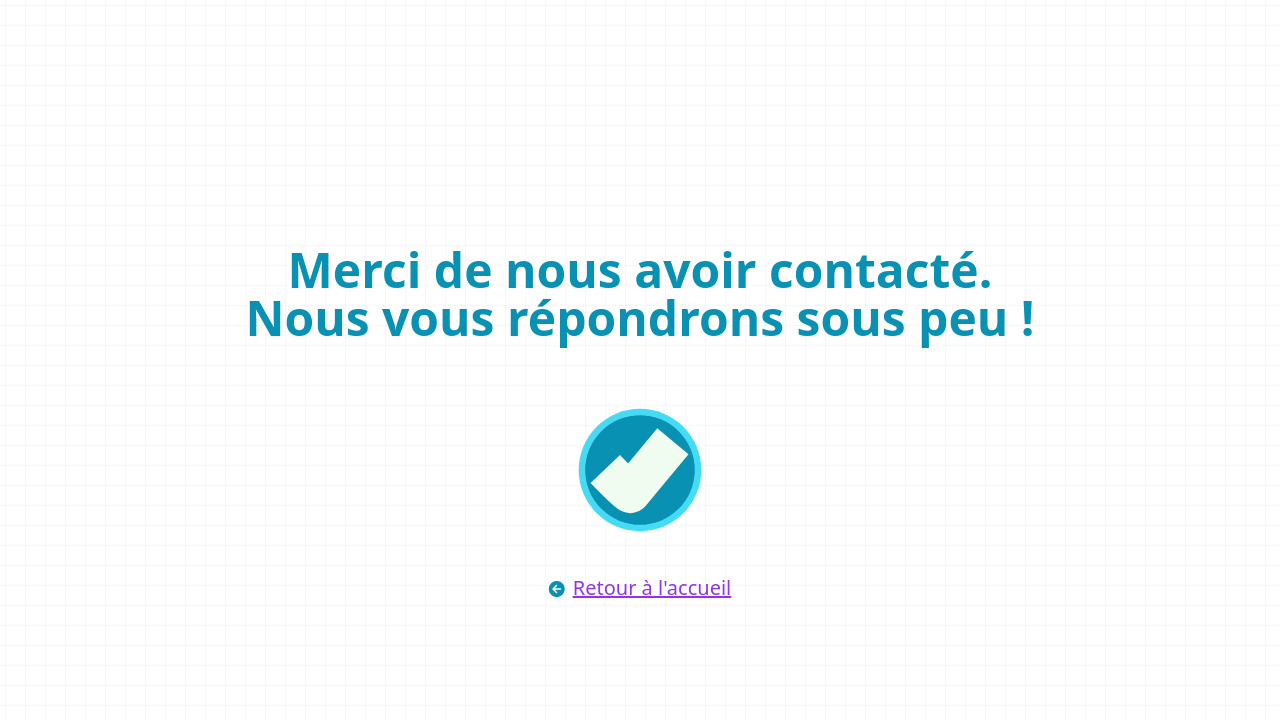
Repository: CarmenFerlatte/TP3__FerlatteCarmen
Page: confirmation.html
The author's editor kept a copy of each file at every save. The page is drawn from the files as they stood at one save, then again after the next save.
The browser window is 1280 px wide. The pictures show the whole page.
Some web libraries are served in a nearby version. The style sheet was rebuilt from its Sass, Less or Tailwind sources for each picture, by a compiler version that may differ from the author's.

Above is the page before, as saved 2024-08-29 13:40:23.

### confirmation.html
<!DOCTYPE html>
<html lang="en">
<head>
    <meta charset="UTF-8">
    <meta name="viewport" content="width=device-width, initial-scale=1.0">
    <title>Confirmation</title>
    <script src="https://cdn.tailwindcss.com"></script>
    <link href="https://cdn.jsdelivr.net/npm/tailwindcss@2.2.19/dist/tailwind.min.css" rel="stylesheet">
    <link rel="stylesheet" href="https://cdnjs.cloudflare.com/ajax/libs/font-awesome/6.4.0/css/all.min.css">
    <link rel="stylesheet" href="style/css/style.css">
    <link rel="manifest" href="manifest.json">
    <link rel="icon" href="favicon.ico" type="image/x-icon">
    <meta name="description" content="Carmen Ferlatte, web designer et étudiante en développement web front-end. Présentation de mon portefolio et services de Webmestre.">
    <meta name="apple-mobile-web-app-capable" content="yes" >
    <meta name="apple-mobile-web-app-status-bar-style" content="black" >
    <meta name="apple-mobile-web-app-title" content="Portefolio" >
    <meta name="theme-color" content="black">
    <link rel="apple-touch-icon" href="img/icons/icon-192x192.png">
    <script src="https://code.jquery.com/jquery-3.6.0.min.js"></script>
</head>
<body>
    <main>
        <section class="flex max-w-screen-2x h-screen items-center justify-center cyber-grid">
            <div class="container">
                <div class="col-12 text-center">
                    <h1 class="text-center text-3xl lg:text-4xl xl:text-5xl font-bold pt-32 pb-4 md:pb-16 text-cyan-600">Merci de nous avoir contacté.<br> Nous vous répondrons sous peu !</h1>
                    <div class="flex justify-center">
                        <img class="w-32 mb-10" src="img/icons/confirmation.svg" alt="Illustration de confirmation">
                    </div>
                    <i class="fa fa-arrow-circle-left pr-2 style-cyan" aria-hidden="true"></i><a class="cursor-pointer text-xl text-purple-600 underline hover:no-underline hover:text-pink-500" href="index.html" title="Retour à la page d'accueil">Retour à l'accueil</a>
                </div>
            </div>
    </main>
</body>
</html>

### style/sass/style.scss
@use "navbar" as *;
@use "caroussel" as *;
@use "animate" as *;
@use "option" as *;
@use "calendrier" as *;
@use "base" as *;

### style/sass/_navbar.scss
@keyframes neon-pulse {
    0%, 100% {
        text-shadow: 0 0 5px #fff, 0 0 10px #fff, 0 0 15px #fff, 0 0 20px #0891b2, 0 0 35px #0891b2, 0 0 40px #0891b2, 0 0 50px #0891b2, 0 0 75px #0891b2;
    }
    50% {
        text-shadow: 0 0 2px #fff, 0 0 5px #fff, 0 0 7px #fff, 0 0 10px #0891b2, 0 0 17px #0891b2, 0 0 20px #0891b2, 0 0 25px #0891b2, 0 0 37px #0891b2;
    }
}

.neon-text {
    animation: neon-pulse 1.5s infinite alternate;
}

.bg-animated {
    background: linear-gradient(-45deg, #000000, #1a1a1a, #000033, #003366);
    background-size: 400% 400%;
    animation: gradient 15s ease infinite;
}

@keyframes gradient {
    0% { background-position: 0% 50%; }
    50% { background-position: 100% 50%; }
    100% { background-position: 0% 50%; }
}

.cyber-grid {
    background-image:
        linear-gradient(rgba(0, 255, 255, 0.1) 1px, transparent 1px),
        linear-gradient(90deg, rgba(0, 255, 255, 0.1) 1px, transparent 1px);
    background-size: 20px 20px;
    animation: cyber-grid-move 20s linear infinite;
}

@keyframes cyber-grid-move {
    0% { background-position: 0 0; }
    100% { background-position: 20px 20px; }
}



.nav-link {
    position: relative;
    overflow: hidden;

        &::before {
            content: '';
            position: absolute;
            bottom: 0;
            left: 0;
            width: 100%;
            height: 2px;
            background-color: #0891b2;
            transform: translateX(-100%);
            transition: transform 0.3s ease;
        }

       &:hover::before {
            transform: translateX(0);
        }

        &::after {
            content: attr(data-text);
            position: absolute;
            top: 0;
            left: 0;
            width: 100%;
            height: 100%;
            display: flex;
            align-items: center;
            justify-content: center;
            transform: translateY(100%);
            background: linear-gradient(to bottom, #0891b2, rgb(103, 232, 249));
            -webkit-background-clip: text;
            background-clip: text;
            -webkit-text-fill-color: transparent;
            transition: transform 0.3s ease;
        }

        &:hover::after {
            transform: translateY(0);
        }
}


.glitch-effect {
    position: relative;

    &::before,
    &::after {
        content: attr(data-text);
        position: absolute;
        top: 0;
        left: 0;
        width: 100%;
        height: 100%;
        opacity: 0.8;
    }

    &::before {
        left: 2px;
        text-shadow: -2px 0 rgb(236, 72, 153);
        clip: rect(24px, 550px, 90px, 0);
        animation: glitch-anim 3s infinite linear alternate-reverse;
    }

    &::after {
        left: -2px;
        text-shadow: -2px 0 #0891b2;
        clip: rect(85px, 550px, 140px, 0);
        animation: glitch-anim 2s infinite linear alternate-reverse;
    }

}



@keyframes glitch-anim {
    0% { clip: rect(39px, 9999px, 71px, 0); }
    20% { clip: rect(3px, 9999px, 5px, 0); }
    40% { clip: rect(6px, 9999px, 38px, 0); }
    60% { clip: rect(13px, 9999px, 43px, 0); }
    80% { clip: rect(44px, 9999px, 93px, 0); }
    100% { clip: rect(54px, 9999px, 47px, 0); }
}

#menu-toggle {
    &:checked {
        ~ .menu {
            display: block;
        }

        ~ .menu-icon {
            .hamburger {
                transform: rotate(45deg);

                &::before {
                    transform: translateY(8px) rotate(90deg);
                }

                &::after {
                    transform: translateY(-8px) rotate(90deg);
                }
            }
        }
    }
}

.hamburger,
.hamburger::before,
.hamburger::after {
    content: '';
    display: block;
    background: #0891b2;
    height: 3px;
    width: 30px;
    transition: transform 0.5s cubic-bezier(0.23, 1, 0.32, 1);
}

.hamburger {
    &::before {
        transform: translateY(-8px);
    }

    &::after {
        transform: translateY(8px);
    }
}

@media (max-width: 768px) {
    .menu {
        position: fixed;
        top: 60px;
        left: 0;
        right: 0;
        width: 100%;
        height: 0;
        background: rgba(0, 0, 0, 0.9);
        overflow: hidden;
        transition: height 0.5s cubic-bezier(0.23, 1, 0.32, 1);
        text-align: right;
        padding-right: 20px;
        padding-top: 20px;

        a {
            display: block;
            font-size: 1.2rem;
            padding: 10px 0;
            text-decoration: underline 2px #0891b2;

            &:hover {
                color: #0891b2;
                text-decoration: none;
                cursor: pointer;
            }
        }
    }

    #menu-toggle:checked ~ .menu {
        height: calc(100vh - 60px);
    }
}

@media (max-width: 640px) {
    .no-glitch {
        animation: none !important;
    }
}

/*-------------Invisible Navbar-------------*/

.navbar-hidden {
    transform: translateY(-100%);
    transition: transform 0.3s ease-in-out;
}

### style/sass/_caroussel.scss
.carousel-control {
    position: absolute;
    top: 0;
    z-index: 30;
    display: flex;
    align-items: center;
    justify-content: center;
    height: 100%;
    padding: 0 1rem;
    cursor: pointer;
    outline: none;

    &-prev {
    left: 0;
    }

    &-next {
    right: 0;
    }

    span {
    display: inline-flex;
    align-items: center;
    justify-content: center;
    width: 2.5rem;
    height: 2.5rem;
    border-radius: 50%;
    background-color: rgba(0, 0, 0, 0.3);
    transition: background-color 0.3s;

        &:hover {
        background-color: rgba(0, 0, 0, 0.5);
        }

        svg {
        width: 1rem;
        height: 1rem;
        color: white;
        }

        .sr-only {
        position: absolute;
        width: 1px;
        height: 1px;
        padding: 0;
        margin: -1px;
        overflow: hidden;
        clip: rect(0, 0, 0, 0);
        border: 0;
        }

    }
}

### style/sass/_animate.scss
@keyframes slide-in-right {
  0% {
    transform: translateX(100%);
    opacity: 0;
  }
  100% {
    transform: translateX(0);
    opacity: 1;
  }
}

.animate-slide-in-right {
  animation: slide-in-right 0.5s ease-out forwards;
}

### style/sass/_option.scss
/*---------- Menu sélectionné ----------*/

.custom-select option:hover {
    background-color: #0891b2;
}

### style/sass/_calendrier.scss

.calendar-iframe {
  border: 0;
  width: 100%;
  height: 650px;

}

### style/sass/_base.scss
/*------------Style-------------*/

.style-cyan {
  color: #0891b2;

  &:hover {
    color: rgb(236, 72, 153);
  }
}

After the next save:
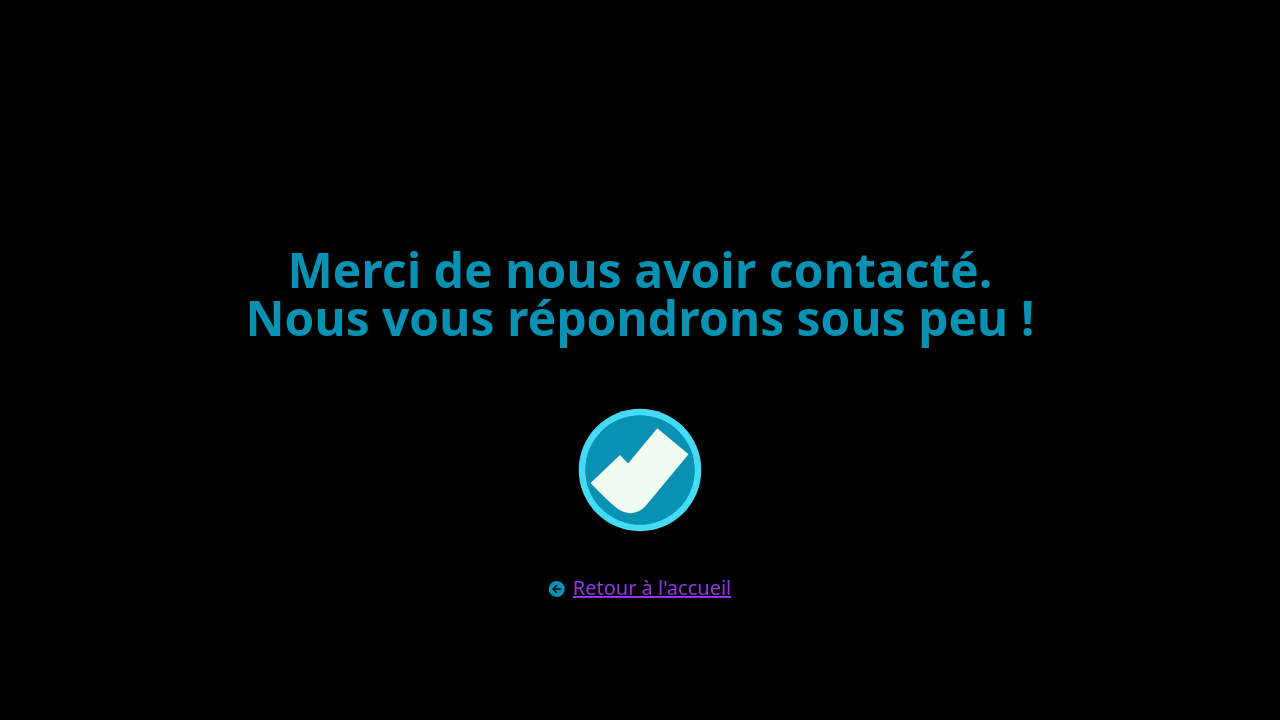
Saved 16 s later.
--- a/confirmation.html
+++ b/confirmation.html
@@ -20,7 +20,7 @@
 </head>
 <body>
     <main>
-        <section class="flex max-w-screen-2x h-screen items-center justify-center cyber-grid">
+        <section class="flex max-w-screen-2x h-screen items-center justify-center bg-black">
             <div class="container">
                 <div class="col-12 text-center">
                     <h1 class="text-center text-3xl lg:text-4xl xl:text-5xl font-bold pt-32 pb-4 md:pb-16 text-cyan-600">Merci de nous avoir contacté.<br> Nous vous répondrons sous peu !</h1>
